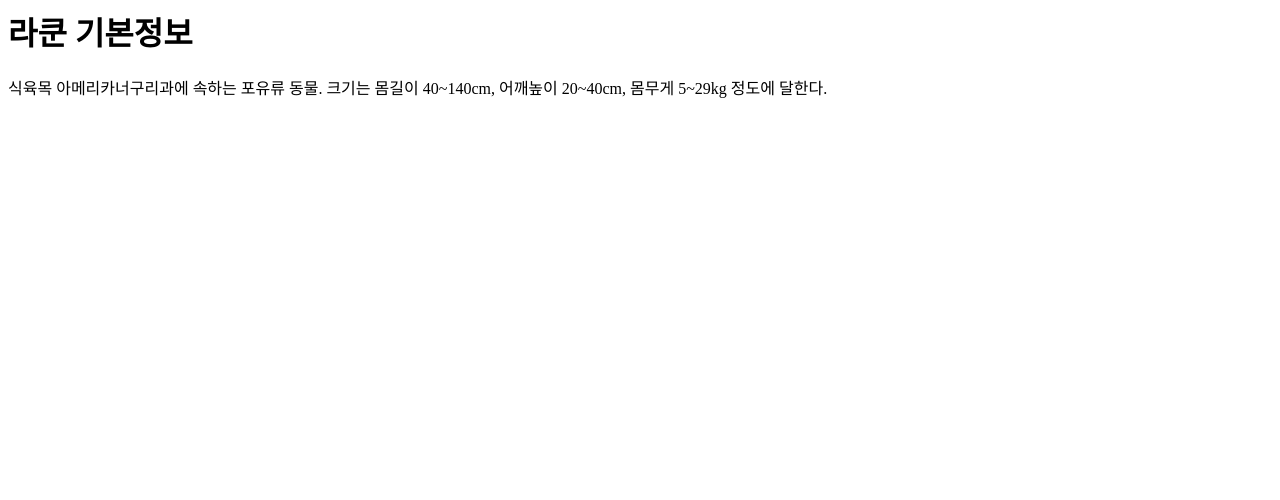
Repository: sangeun100/html
Page: http://localhost/about/about1
These files come from the project's save history. The page is drawn as it stood at one moment and after the next save; the edit follows.
The browser window is 1280 px wide. The pictures show the whole page.
The page is this project's Thymeleaf template; nobody is signed in. The template is opened directly, without the code that normally fills it, so the values that code supplies are empty.

Above is the page before, as saved 2022-05-24 05:47:39.

### day061/src/main/resources/templates/about/about1.html
<meta charset="UTF-8">

<!-- <script>
function display() {

}
$(document).ready(function () {
	var imgs = ['img/a3.jfif'];
});
</script> -->

<h1>라쿤 기본정보</h1>
<div><p>식육목 아메리카너구리과에 속하는 포유류 동물.
크기는 몸길이 40~140cm, 어깨높이 20~40cm, 몸무게 5~29kg 정도에 달한다.</p></div>

After the next save:
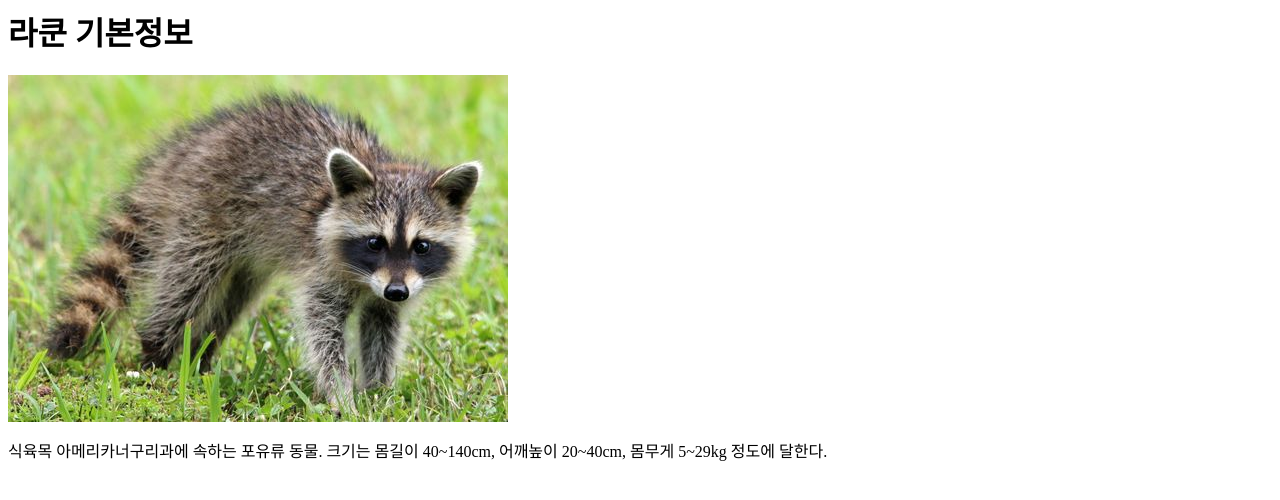
Saved 59 s later.
--- a/day061/src/main/resources/templates/about/about1.html
+++ b/day061/src/main/resources/templates/about/about1.html
@@ -10,5 +10,6 @@ $(document).ready(function () {
 </script> -->
 
 <h1>라쿤 기본정보</h1>
+<img src ="img/018.jfif">
 <div><p>식육목 아메리카너구리과에 속하는 포유류 동물.
 크기는 몸길이 40~140cm, 어깨높이 20~40cm, 몸무게 5~29kg 정도에 달한다.</p></div>
